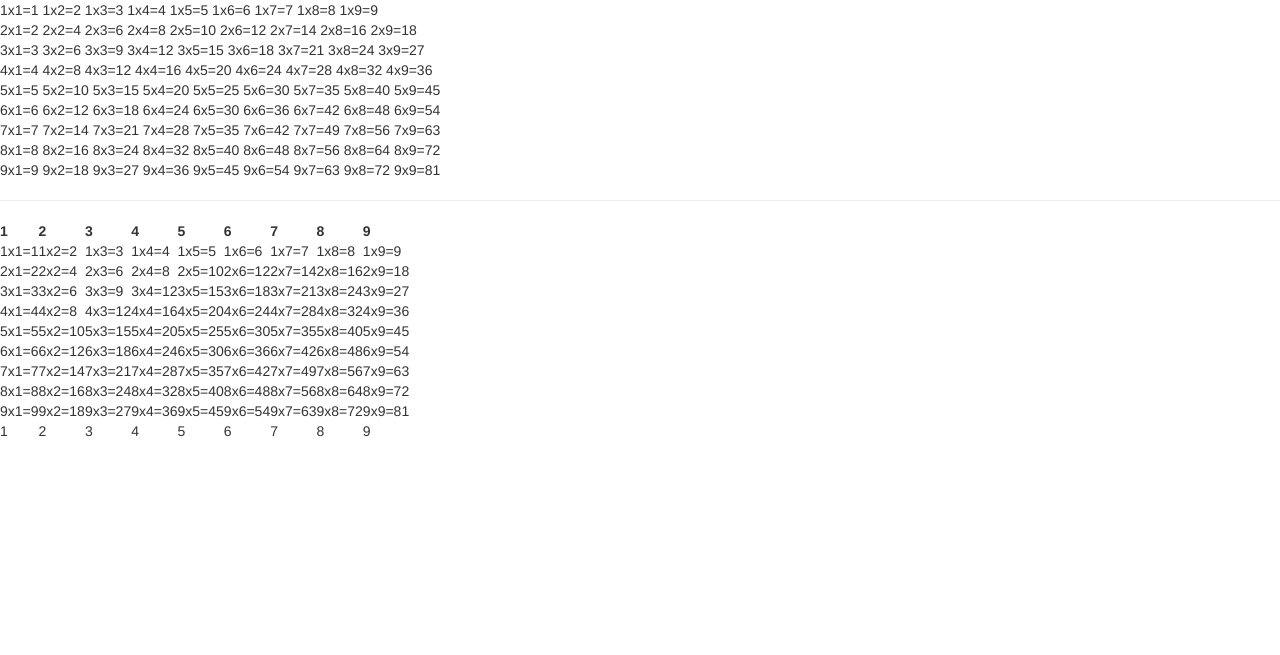
Repository: SongSooJin/JSP
Page: http://localhost/5-jsp-basic/example5/gugudan.jsp
The author's editor kept a copy of each file at every save. The page is drawn from the files as they stood at one save, then again after the next save.
The browser window is 1280 px wide. The pictures show the whole page.
The page is served by Tomcat 9.

Above is the page before, as saved 2018-10-08 05:34:00.

After the next save:
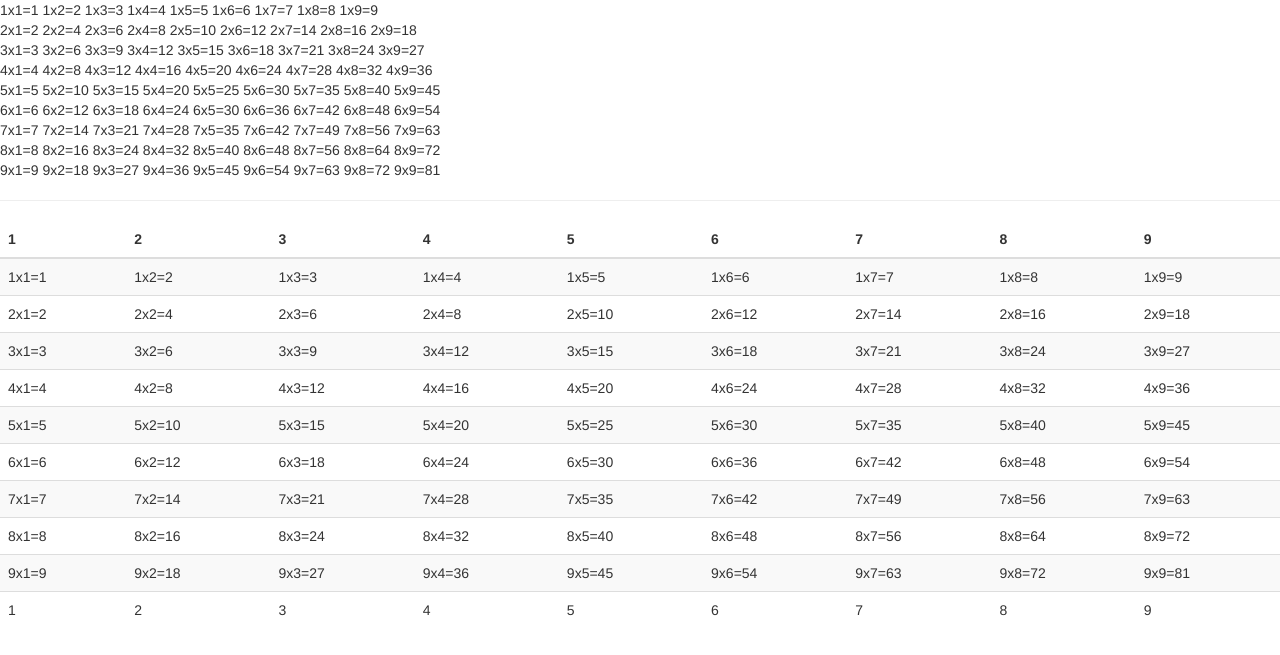
Saved 37 s later.
--- a/5-jsp-basic/WebContent/example5/gugudan.jsp
+++ b/5-jsp-basic/WebContent/example5/gugudan.jsp
@@ -24,7 +24,7 @@
 	<hr>
 	<div>
 
-	<table>
+	<table class="table table-striped">
 		<thead>
 			<tr>
 				<th>1</th>
